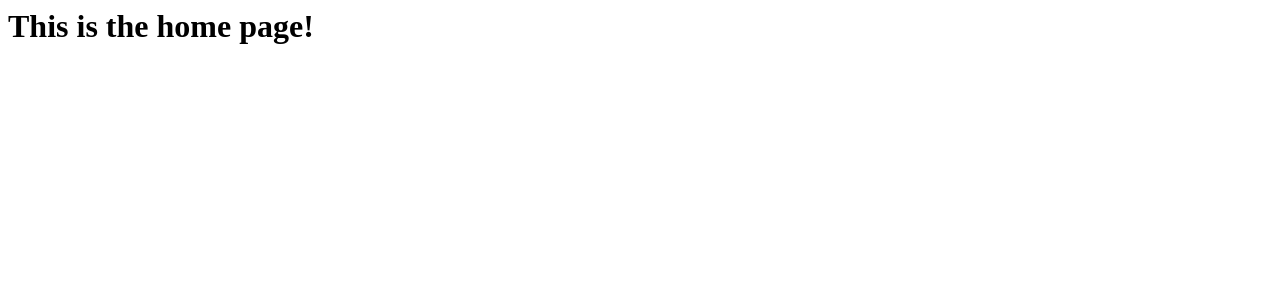
Repository: ZhenyuanBo/Web-Development-Boot-Camp
Page: http://localhost/
The author's editor kept a record of every edit. The page is drawn from the files as they stood at one moment, then again after the next edit.
The browser window is 1280 px wide. The pictures show the whole page.
The page is served by the project's Node server (MoreExpress/EJSDemo/EJSDemo.js).

Above is the page before.

### webdevbootcamp_Cloud9/workspace/MoreExpress/EJSDemo/views/home.ejs
<h1>This is the home page!</h1>

### webdevbootcamp_Cloud9/workspace/MoreExpress/EJSDemo/EJSDemo.js
var express = require('express');
var app = express();

//tell the system that server public as a default folder
app.use(express.static("public"));
app.set("view engine", "ejs");


app.get("/", function(req, res){
    res.render("home.ejs");
});

app.get("/fallinlovewith/:thing", function(req, res){
    var thing = req.params.thing;
    res.render("love.ejs", {thingVar: thing.toUpperCase()});
});

app.get("/posts", function(req, res){
    var posts = [
        {title: "Post 1", author: "Susy"},
        {title: "My adorable pet bunny", author: "me"},
        {title: "Can you believe this pomsky?", author: "charlie"},
        ];
    res.render("posts.ejs", {posts: posts});
});

app.listen(process.env.PORT, process.env.IP, function(){
    console.log("Server has started!");
});

After the next edit:
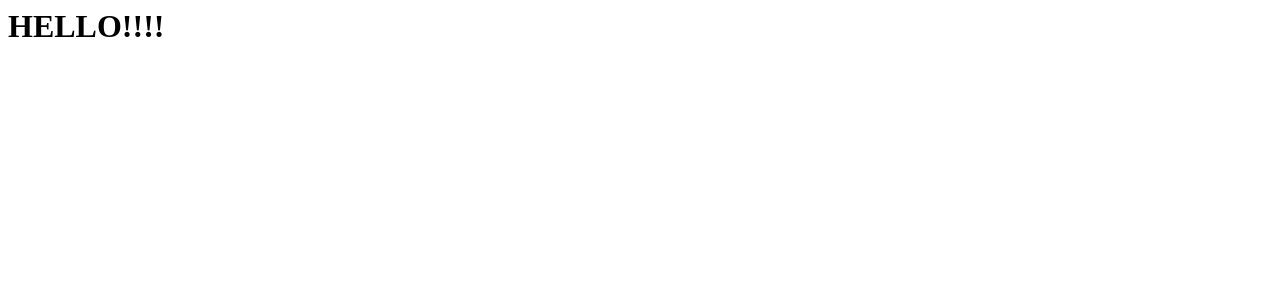
The edit:
--- a/webdevbootcamp_Cloud9/workspace/MoreExpress/EJSDemo/views/home.ejs
+++ b/webdevbootcamp_Cloud9/workspace/MoreExpress/EJSDemo/views/home.ejs
@@ -1 +1 @@
-<h1>This is the home page!</h1>
+<h1>HELLO!!!!</h1>
